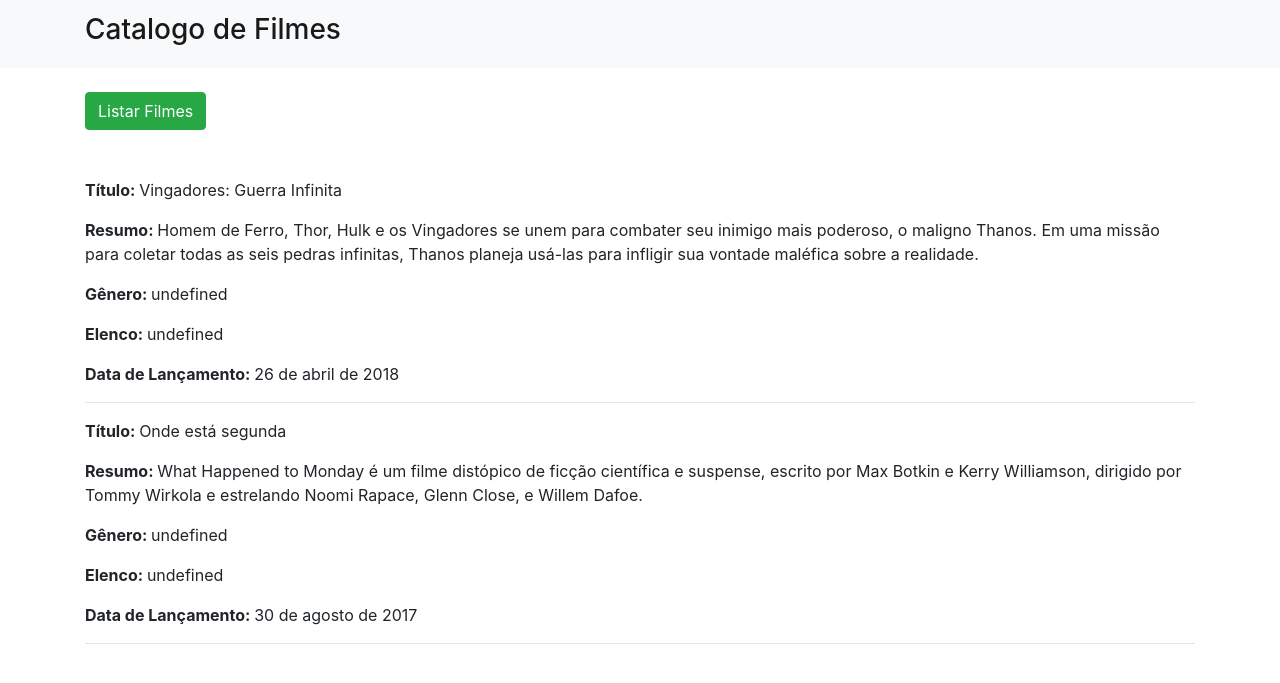
Repository: FredeRibeiro/htdocs-Desenvolvimento-Web-Completo-2019
Page: ajax/filmes.html
An editor plug-in stored every save of this project. The page is shown before and after the next save, followed by the edit.
The browser window is 1280 px wide. The pictures show the whole page.
After loading, the first visible `button.btn` was clicked once.

Above is the page before, as saved 2019-10-16 14:24:04.

### ajax/filmes.html
<!DOCTYPE html>
<html lang="en">
<head>
	<meta charset="UTF-8">
	<meta name="viewport" content="width=device-width, initial-scale=1.0">
	<meta http-equiv="X-UA-Compatible" content="ie=edge">

	<link rel="stylesheet" href="https://stackpath.bootstrapcdn.com/bootstrap/4.1.3/css/bootstrap.min.css"
		integrity="sha384-MCw98/SFnGE8fJT3GXwEOngsV7Zt27NXFoaoApmYm81iuXoPkFOJwJ8ERdknLPMO" crossorigin="anonymous">

		<script src="xmltojson.js"></script>

		<script>
			function getFilmes() {

				let xmlHttp = new XMLHttpRequest();

				xmlHttp.open('GET', 'http://localhost/ajax/filmes.xml');

				xmlHttp.onreadystatechange = () => {
					if (xmlHttp.readyState == 4 && xmlHttp.status == 200) {
						let XMLFilmes = xmlHttp.responseText

						let parser = new DOMParser();

						domFilmes = parser.parseFromString(XMLFilmes, 'text/xml');

						jsonFilmes = xmlToJson(domFilmes)

						console.log(jsonFilmes);


						for(let i in jsonFilmes['filmes']['filme']){

							let item = jsonFilmes['filmes']['filme'][i];

							let divRow = document.createElement('div')
							divRow.className = 'row'

							let divCol = document.createElement('div')
								divCol.className = 'col'

							let p1 = document.createElement('p')
								p1.innerHTML = '<strong> Título: </strong>' + item['titulo']['#text'] ;
							let p2 = document.createElement('p')
								p2.innerHTML = '<strong> Resumo: </strong>'  + item['resumo']['#text'] ;

								let genero  = '';

								for(let g in item.genero){
									if (genero) genero += ', '

									genero += item.genero[g]['#text'];
								}

							let p3 = document.createElement('p')
								p3.innerHTML = '<strong> Gênero: </strong>'  + item['genero']['#text'];
							let p4 = document.createElement('p')
								p4.innerHTML = '<strong> Elenco: </strong>'  + item['elenco']['ator']['#text'] ;
							let p5 = document.createElement('p')
								p5.innerHTML = '<strong> Data de Lançamento: </strong>'  + item['dataLancamento']['#text'] ;

							let hr = document.createElement('hr');

								divRow.appendChild(divCol);
								divCol.appendChild(p1);
								divCol.appendChild(p2);
								divCol.appendChild(p3);
								divCol.appendChild(p4);
								divCol.appendChild(p5);
								divCol.appendChild(hr);


							document.getElementById('lista').appendChild(divRow)

						}
					}

					if (xmlHttp.readyState == 4 && xmlHttp.status == 404) {
						//..
					}
				}

				xmlHttp.send();

			}
		</script>


	<title>Catalogo de Filmes</title>


</head>
<body>
	<nav class="navbar navbar-light bg-light mb-4">
		<div class="container">
			<div class="navbar-brand mb-0 h1">
				<h3>Catalogo de Filmes</h3>
			</div>
		</div>
	</nav>

	<div class="container" id="lista">
		<div class="row mb-5">
			<div class="col">
				<button class="btn btn-success" type="button" onclick="getFilmes()">Listar Filmes</button>
			</div>
		</div>
	</div>
</body>
</html>

### ajax/xmltojson.js
function xmlToJson(xml) {


    var obj = {}, i, j, attribute, item, nodeName, old;

    if (xml.nodeType === 1) { // element
        // do attributes
        if (xml.attributes.length > 0) {
            obj["@attributes"] = {};
            for (j = 0; j < xml.attributes.length; j = j + 1) {
                attribute = xml.attributes.item(j);
                obj["@attributes"][attribute.nodeName] = attribute.nodeValue;
            }
        }
    } else if (xml.nodeType === 3) { // text
        obj = xml.nodeValue.trim();
    }

    // do children
    if (xml.hasChildNodes()) {
        for (i = 0; i < xml.childNodes.length; i = i + 1) {
            item = xml.childNodes.item(i);
            nodeName = item.nodeName;
            if ((obj[nodeName]) === undefined) {
                obj[nodeName] = xmlToJson(item);
            } else {
                if ((obj[nodeName].push) === undefined) {
                    old = obj[nodeName];
                    obj[nodeName] = [];
                    obj[nodeName].push(old);
                }
                obj[nodeName].push(xmlToJson(item));
            }
        }
    }
    return obj;
};

After the next save:
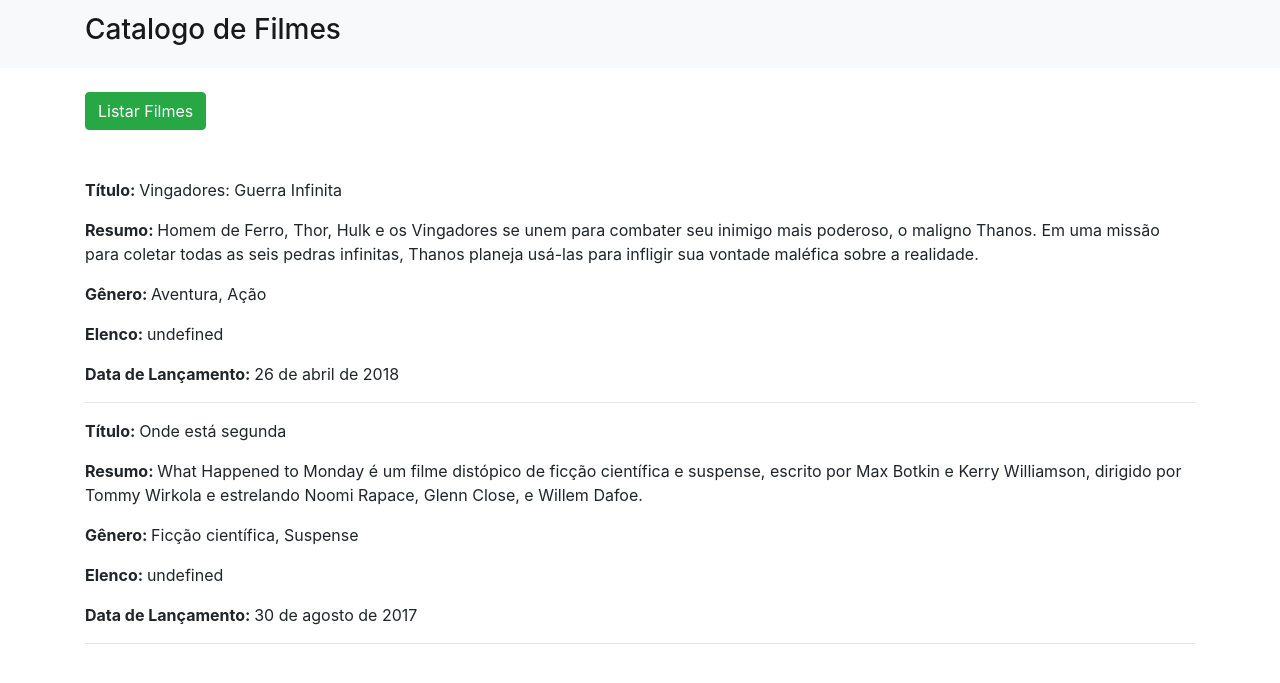
Saved 29 s later.
--- a/ajax/filmes.html
+++ b/ajax/filmes.html
@@ -54,7 +54,7 @@
 								}
 
 							let p3 = document.createElement('p')
-								p3.innerHTML = '<strong> Gênero: </strong>'  + item['genero']['#text'];
+								p3.innerHTML = '<strong> Gênero: </strong>' + genero
 							let p4 = document.createElement('p')
 								p4.innerHTML = '<strong> Elenco: </strong>'  + item['elenco']['ator']['#text'] ;
 							let p5 = document.createElement('p')
